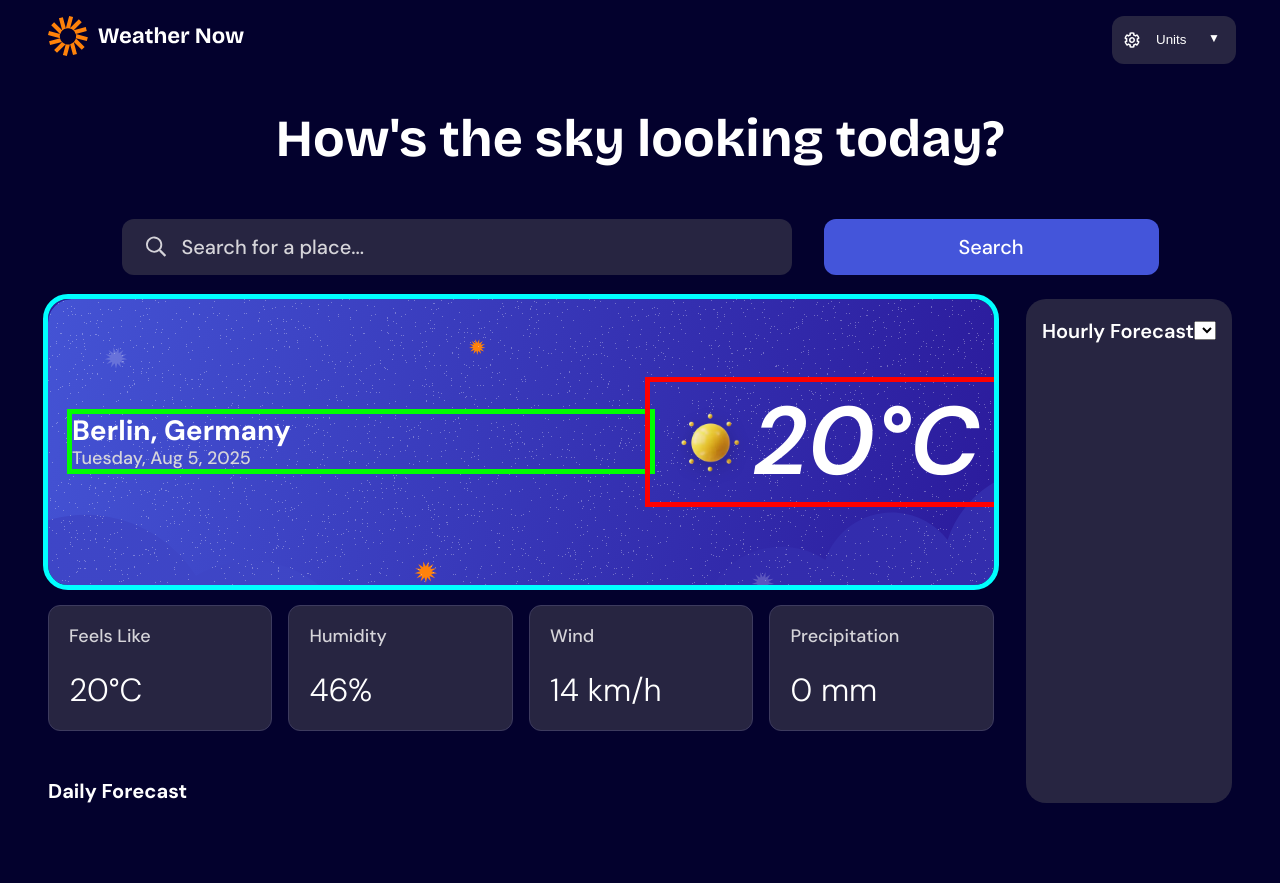
Repository: MKwaak/weather-app-main
Page: index.html
The author's editor kept a copy of each file at every save. The page is drawn from the files as they stood at one save, then again after the next save.
The browser window is 1280 px wide. The pictures show the whole page.
The page's requests for data from a server got no answer.

Above is the page before, as saved 2026-01-30 00:23:00.

After the next save:
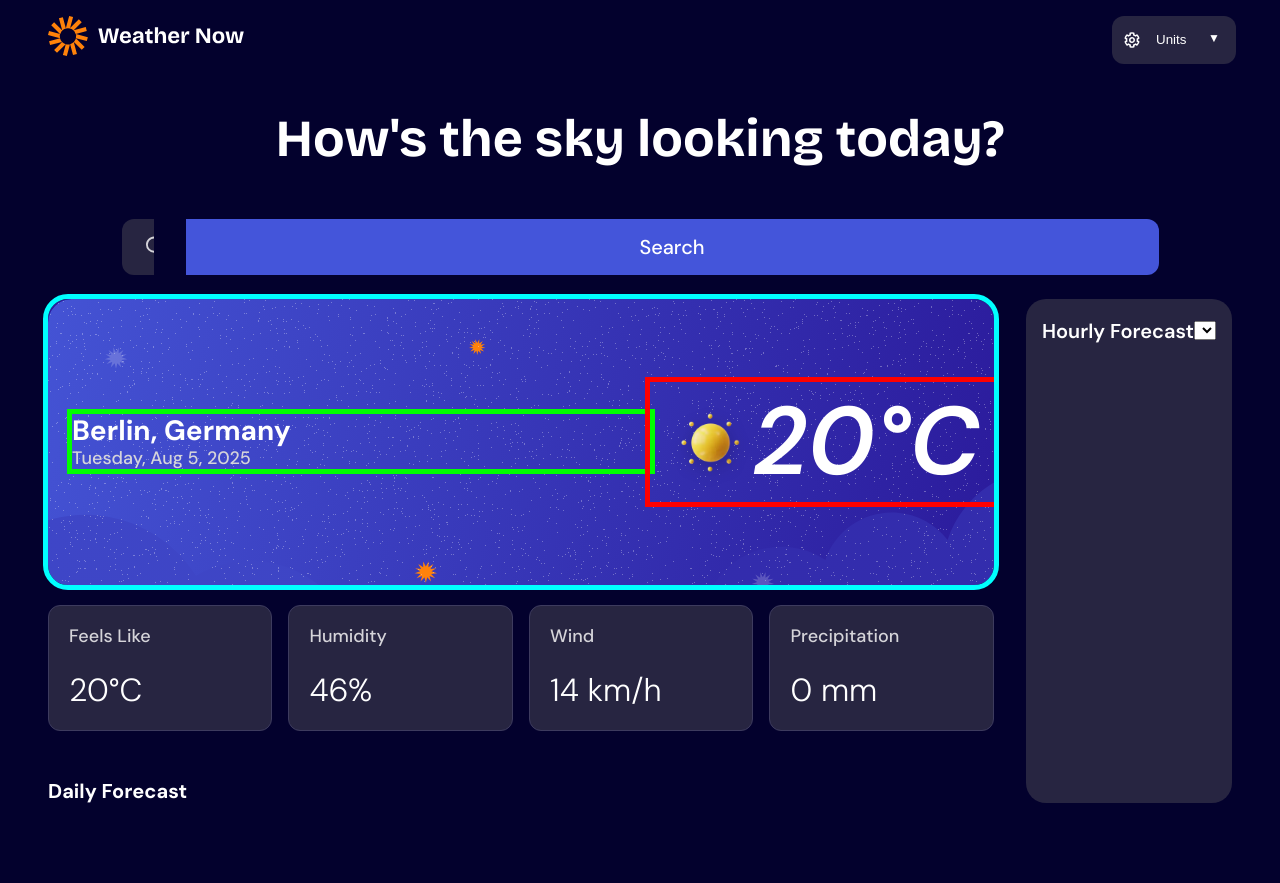
Saved 36 min 9 s later.
--- a/style.css
+++ b/style.css
@@ -323,9 +323,11 @@
 
   /* Hero search container */
   .hero__search {
-    display: grid;
-    grid-template-columns: 1fr;
-    gap: 16px;
+    display: flex;
+    align-items: stretch;
+    height: 56px;
+    /*grid-template-columns: 1fr;
+    gap: 16px;*/
 
     /* MATCH DE DASHBOARD-LOGICA: */
     width: 100%;
@@ -343,21 +345,37 @@
 
   /* Input box */
   .hero__textbox {
-    appearance: none;
-    -webkit-appearance: none;
-
+    flex: 1;
+    height: 100%;
+    box-sizing: border-box; /* Onmisbaar! */
+    /* Kleur en Typography */
+    color: var(--color-text-light);
+    font-family: inherit; /* Zorgt dat het niet terugvalt op een standaard font */
+    font-size: var(--font-size-search);
+
+    border: 1px solid var(--color-border);
+    border-right: none;
+    /* Linkerkant rond, rechterkant recht */
+    border-radius: 12px 0 0 12px;
+
+    /* Styling */
     background-color: var(--color-panel-bg-dark);
     background-image: url("/assets/images/icon-search.svg");
     background-repeat: no-repeat;
     background-position: 24px center;
-    color: var(--color-text-light);
-    font-size: var(--font-size-search);
-    padding: 16px 20px 16px 60px;
+    padding-inline: 16px;
+    outline: none; /* Verwijdert de standaard browser-rand bij klikken */
+
+    appearance: none;
+    -webkit-appearance: none;
     border: none;
-    border-radius: 12px;
     width: 100%; /* fill available space in grid */
     min-width: 0; /* allow shrinking in grid */
-    box-sizing: border-box; /* include padding in width */
+  }
+
+  /* Tip: voeg een focus-state toe voor een pro-look */
+  .hero__textbox:focus {
+    border-color: var(--color-accent);
   }
 
   /* remove default focus outline */
@@ -387,13 +405,16 @@
 
   /* Search button */
   .hero__button {
+    height: 100%;
+    box-sizing: border-box;
     background-color: var(--c-blue-500);
-    border-radius: 12px;
+    border: 1px solid var(--color-accent);
+    border-radius: 0 12px 12px 0; /* Rechterhoeken rond, links recht */
+    padding-inline: 24px;
+    color: var(--color-text-light);
+    cursor: pointer;
+    transition: background-color 120ms ease-in-out;
     font-size: var(--font-size-search);
-    color: var(--color-text-light);
-    padding: 16px 24px; /* keep top/bottom padding */
-    transition: background-color 120ms ease-in-out;
-    height: 100%; /* match input height when side-by-side */
   }
 
   .hero__button:hover {
